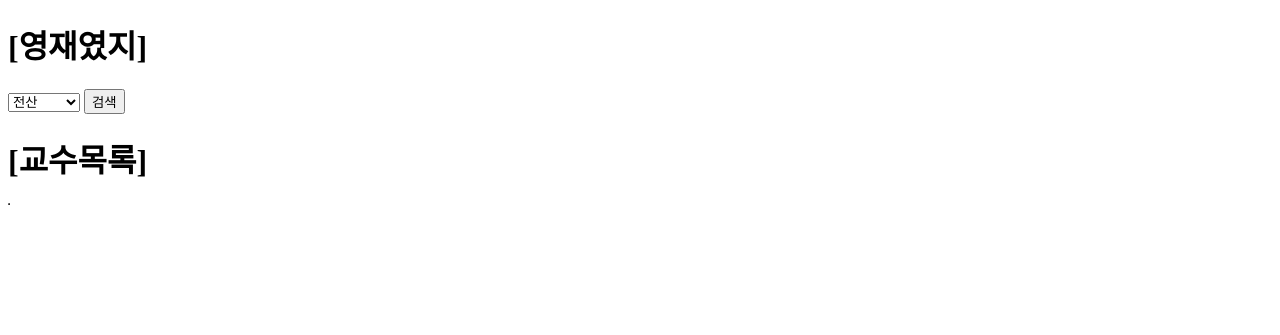
Repository: whwlsghkstm/html
Page: Ex0507/WebContent/list.html
These files come from the project's save history. The page is drawn as it stood at one moment and after the next save; the edit follows.
The browser window is 1280 px wide. The pictures show the whole page.
Some web libraries are served in a nearby version.

Above is the page before, as saved 2020-05-07 06:03:12.

### Ex0507/WebContent/list.html
<!DOCTYPE html>
<html>
<head>
	<meta charset="UTF-8">
	<title>다섯살때부터 나는 피아노를 쳤어</title>
	<script src="http://code.jquery.com/jquery-1.9.1.js"></script>
	<script src="https://cdnjs.cloudflare.com/ajax/libs/handlebars.js/3.0.1/handlebars.js"></script>
</head>
<body>
	<h1>[영재였지]</h1>
	<select id="dept">
		<option>전산</option>
		<option>전자</option>
		<option>건축</option>
		<option>실용음악</option>
	</select>
	<input type="button" value="검색" id="btnSearch">

	<h1>[교수목록]</h1>
	<table id="tab" border=1></table>
	<script id="temp" type="text/x-handlebars-template">
			<tr class="title">
				<td><input type="checkbox" id="checkAll"></td>
				<td>교수번호</td>
				<td>교수이름</td>
				<td>소속학과</td>
				<td>임용일</td>
				<td>직급</td>
				<td>급여</td>
			</tr>

		{{#each pArray}}
			<tr class="row">
				<td><input type="checkbox" class="check"></td>
				<td class="pcode">{{pcode}}</td>
				<td class="pname">{{pname}}</td>
				<td class="dept">{{dept}}</td>
				<td class="hiredate">{{hiredate}}</td>
				<td class="title">{{title}}</td>
				<td class="salary">{{salary}}</td>
			</tr>
		{{/each}}
	</script>
</body>

<script>
	$("#btnSearch").on("click", function(){
		var dept=$("#dept").val();
		alert(dept);
		$.ajax({
			type:"get",
			url:"list.jsp",
			data:{"dept":dept},
			dataType:"json",
			success:function(data){
				var temp=Handlebars.compile($("#temp").html());
				$("#tab").html(temp(data));
			}
		});
	});
</script>

</html>

After the next save:
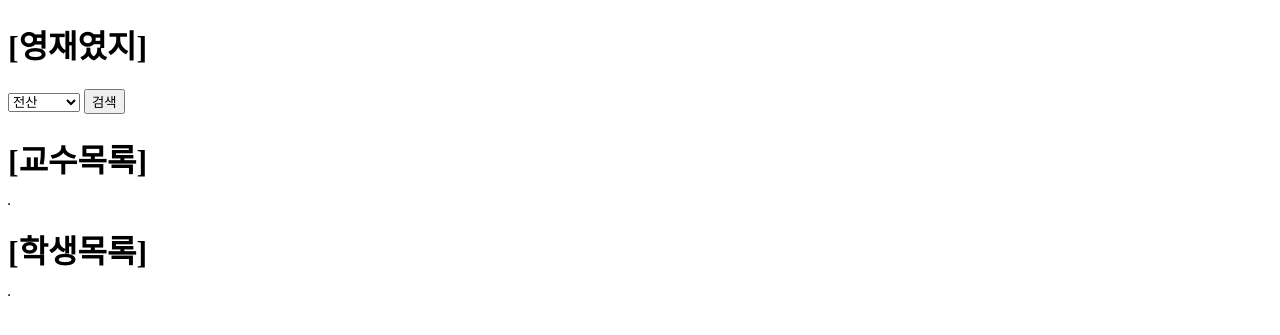
Saved 87 s later.
--- a/Ex0507/WebContent/list.html
+++ b/Ex0507/WebContent/list.html
@@ -41,6 +41,26 @@
 			</tr>
 		{{/each}}
 	</script>
+
+	<h1>[학생목록]</h1>
+	<table id="tab1" border=1></table>
+	<script id="temp1" type="text/x-handlebars-template">
+			<tr class="title1">
+				<td><input type="checkbox" id="checkAll1"></td>
+				<td>학생번호</td>
+				<td>학생이름</td>
+				<td>소속학과</td>
+			</tr>
+
+		{{#each pArray}}
+			<tr class="row1">
+				<td><input type="checkbox" class="check1"></td>
+				<td class="scode">{{scode}}</td>
+				<td class="sname">{{sname}}</td>
+				<td class="dept">{{dept}}</td>
+			</tr>
+		{{/each}}
+	</script>
 </body>
 
 <script>
@@ -55,6 +75,8 @@
 			success:function(data){
 				var temp=Handlebars.compile($("#temp").html());
 				$("#tab").html(temp(data));
+				var temp=Handlebars.compile($("#temp1").html());
+				$("#tab1").html(temp(data));
 			}
 		});
 	});
